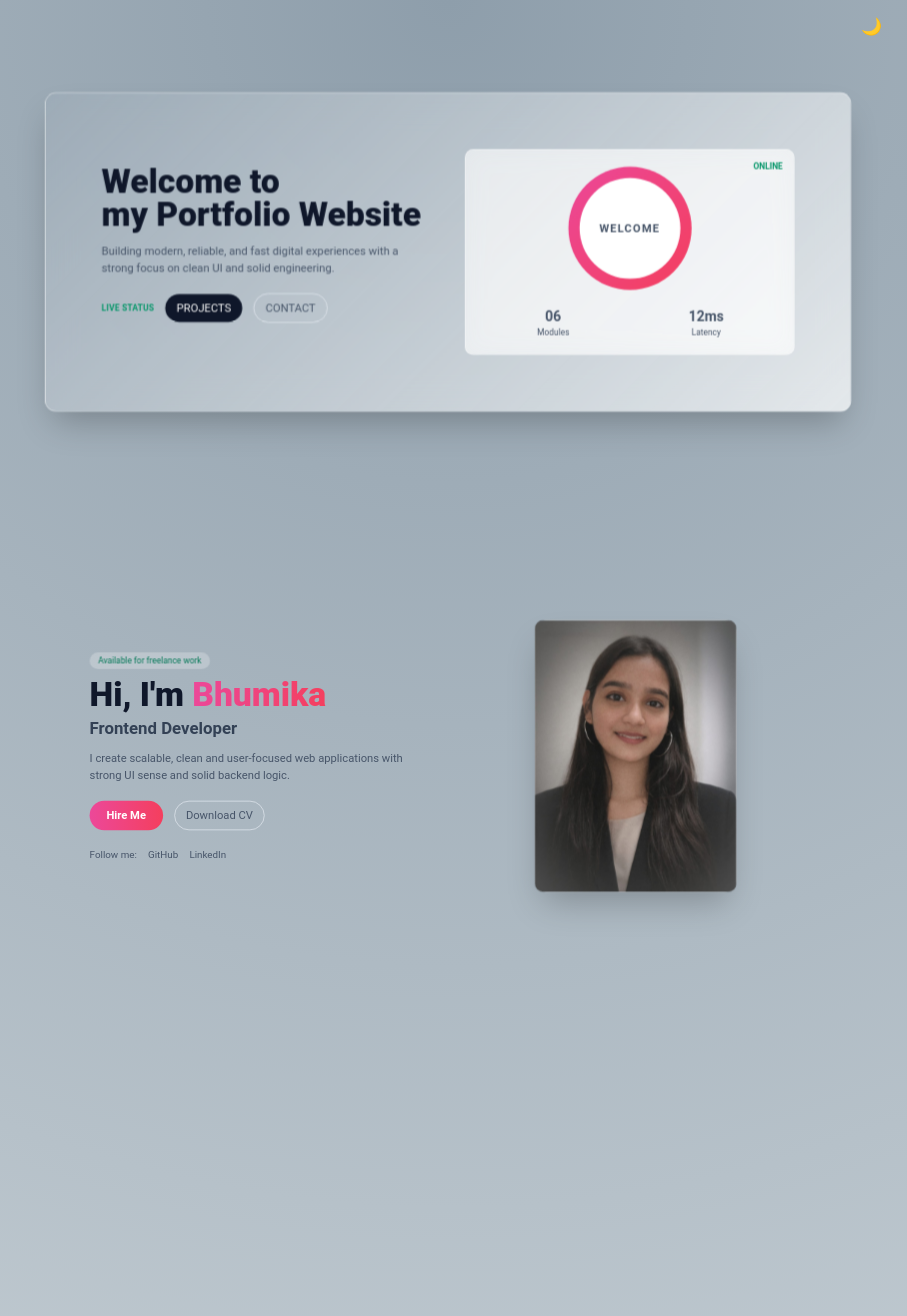
Repository: bhumikamourya/portfolio
Page: /
An editor plug-in stored every save of this project. The page is shown before and after the next save, followed by the edit.
The browser window is 1280 px wide. The page is 1296 px wide, then 1280 px, so the pictures cover 1296 px, including what lies to the right of the window. The pictures show the part of the page from y = 0 to 1880 px (the page is 5885 px tall), at 70% of full size.
Some web libraries are served in a nearby version. The project was rebuilt for these pictures with package versions that can differ from the ones it lists, and the page was loaded fresh each time.

Above is the page before, as saved 2026-01-31 16:01:05.

### src/styles/variables.css
:root {
  /*Background gradient (PAGE) */
  --bg-gradient-from: #8e9eab;
  --bg-gradient-to: #eef2f3;

  /*Glass / Card background (LIGHTER, SAME TONE) */
  --glass-from: rgba(158, 172, 184, 0.7);
  --glass-to: rgba(245, 247, 248, 0.8);

  /*Text colors */
  --heading-color: #0f172a;      /* slate-900 */
  --subheading-color: #334155;   /* slate-700 */
  --body-text-color: #475569;    /* slate-600 */
  --muted-text-color: #64748b;   /* slate-500 */

  /* Accent (brand highlight) */
  --accent-from: #ec4899; /* pink-500 */
  --accent-to: #f43f5e;   /* rose-500 */

  /* Status / success */
  --success-color: #059669; /* emerald-600 */

  /* Borders */
  --border-light: rgba(255, 255, 255, 0.4);

  /* Motion */
  --transition: all 0.4s ease;
}

/* Optional dark mode (future-proof, not active yet) */
.dark-mode {
  --bg-gradient-from: #1e293b;
  --bg-gradient-to: #020617;

  --glass-from: rgba(30, 41, 59, 0.7);
  --glass-to: rgba(15, 23, 42, 0.8);

  --heading-color: #f8fafc;
  --subheading-color: #e2e8f0;
  --body-text-color: #cbd5f5;
  --muted-text-color: #94a3b8;
}

### src/styles/App.css
* {
  margin: 0;
  padding: 0;
  box-sizing: border-box;
}

.reveal {
  opacity: 0;
  transform: translateY(40px);
  transition: opacity 0.8s ease, transition 0.6s ease;
}

.reveal.active {
  opacity: 1;
  transform: translateY(0);
}

/* child direction reveals */
.reveal-left,
.reveal-right {
  opacity: 0;
  transform: translateX(0);
  transition: transform 0.8s ease, opacity 0.8s ease;
}

.reveal-left {
  transform: translateX(-80px);
}
.reveal-right {
  transform: translateX(80px);
}
.reveal-left.active,
.reveal-right.active {
  opacity: 1;
  transform: translateX(0);
}


body {
  font-family: 'Roboto', sans-serif;
  background-image: radial-gradient(circle at top, var(--bg-gradient-from) 0%, var(--bg-gradient-to) 70%);
  color: var(--body-text-color);
  scroll-behavior: smooth;
  transition: var(--transition);
}

.color-buttons {
  background-image: linear-gradient(to right, var(--accent-from), var(--accent-to));
  border: none;
}

.right-card {
  background: rgba(255, 255, 255, 0.6);
  border-color: var(--border-light);
  backdrop-filter: blur(16px);
}

.app {
  min-height: 100vh;
}
.text-accent {
    background: linear-gradient(to right, var(--accent-from), var(--accent-to));
    -webkit-background-clip: text;
    -webkit-text-fill-color: transparent;
}
.card-bg {
  background-image:
    linear-gradient(135deg,
      var(--glass-from),
      var(--glass-to));
  backdrop-filter: blur(22px);
  border: 1px solid var(--border-light);
}

.skill-cards{
  background-image: linear-gradient(135deg, var(--border-light), var(--border-light));
  backdrop-filter: blur(72px);
  border: 1px solid var(--border-light);
}

.heading{
  color: var(--heading-color);
}
.subheading{
  color: var(--subheading-color);
}
.tags{
  background: rgba(255,255,255,0.25);
  color: var(--subheading-color);
}
ul{
    color: var(--muted-text-color);
}

/* .btn {
  padding: 10px 20px;
  border: none;
  border-radius: 5px;
  cursor: pointer;
  transition: var(--transition);
}

.btn.primary {
  background-color: var(--primary-color);
}

.btn.secondary {
  background-color: var(--bg-gradient-to);
}

.btn:hover {
  transform: scale(1.05);
} */
.theme-toggle {
  position: fixed;
  top: 20px;
  right: 20px;
  z-index: 1000;
  background: none;
  border: none;
  font-size: 1.5rem;
  cursor: pointer;
}

/* Mobile-first responsive */
@media (max-width: 768px) {
  .container {
    padding: 0 10px;
  }
  .reveal-left,
  .reveal-right {
    transform: translateY(40px);
  }

  .reveal-left.active,
  .reveal-right.active {
    transform: translateY(0);
  }
}

### src/contexts/ThemeContext.js
import React, { createContext, useState, useEffect } from 'react';

export const ThemeContext = createContext();

export const ThemeProvider = ({ children }) => {
  const [isDarkMode, setIsDarkMode] = useState(false);

  useEffect(() => {
    const savedTheme = localStorage.getItem('theme');
    if (savedTheme === 'dark') {
      setIsDarkMode(true);
      document.body.classList.add('dark-mode');
    }
  }, []);

  const toggleTheme = () => {
    setIsDarkMode(!isDarkMode);
    if (!isDarkMode) {
      document.body.classList.add('dark-mode');
      localStorage.setItem('theme', 'dark');
    } else {
      document.body.classList.remove('dark-mode');
      localStorage.setItem('theme', 'light');
    }
  };

  return (
    <ThemeContext.Provider value={{ isDarkMode, toggleTheme }}>
      {children}
    </ThemeContext.Provider>
  );
};

### src/components/ThemeToggle.js
import React, { useContext } from 'react';
import { ThemeContext } from '../contexts/ThemeContext';

const ThemeToggle = () => {
  const { isDarkMode, toggleTheme } = useContext(ThemeContext);

  return (
    <button className="theme-toggle" onClick={toggleTheme} >
      {isDarkMode ? '☀️' : '🌙'}
    </button>
  );
};

export default ThemeToggle;

### src/components/Welcome.jsx
import React from "react";


const Welcome = () => {
    const scrollToSection = (id) => {
        document.getElementById(id).scrollIntoView({ behavior: "smooth" });
    };
    return (
        <section
            className="min-h-screen flex items-center justify-center px-6"
        >
            <div
                className="relative w-full max-w-6xl rounded-2xl shadow-2xl p-20 card-bg"
            >
                <div className="grid md:grid-cols-2 gap-12 items-center">

                    <div>

                        <h1
                            className="text-4xl md:text-5xl font-extrabold leading-tight mb-4 heading">
                            Welcome to <br /> my Portfolio Website
                        </h1>
                        <p
                            className="max-w-md mb-6">
                            Building modern, reliable, and fast digital experiences with a
                            strong focus on clean UI and solid engineering.
                        </p>
                        <div className="flex items-center gap-4 mb-6">
                            <span className="text-xs font-semibold text-emerald-600 tracking-wide">LIVE STATUS</span>
                            <button
                                onClick={() => scrollToSection("projects")}
                                className="px-4 py-2 rounded-full bg-slate-900 text-white hover:bg-slate-800 transition"
                            >
                                PROJECTS
                            </button>
                            <button
                                onClick={() => scrollToSection("contact")}
                                className="px-4 py-2 rounded-full border border-slate-200 hover:bg-slate-100 transition"
                            >
                                CONTACT
                            </button>
                        </div>

                        {/* <button

                            className="px-8 py-3 rounded-full text-white font-semibold transition hover:scale-105 color-buttons"
                        >
                        Portfolio →
                        </button> */}
                    </div>

                    {/* RIGHT SYSTEM CARD */}
                    <div
                        className="relative rounded-xl p-6 border right-card"
                    >
                        <span
                            className="absolute top-4 right-4 text-xs font-semibold text-emerald-600"
                        >
                            ONLINE
                        </span>

                        <div className="flex items-center justify-center mb-6">
                            <div
                                className="relative w-44 h-44 rounded-full flex items-center justify-center "
                                style={{
                                    background:
                                        "linear-gradient(to bottom right, var(--accent-from), var(--accent-to))",
                                }}
                            >
                                <div className="absolute inset-4 rounded-full bg-white flex items-center justify-center text-s tracking-widest font-bold text-slate-600">
                                    WELCOME
                                </div>
                            </div>
                        </div>

                        <div className="grid grid-cols-2 gap-4 text-center">
                            <div>
                                <p className="text-xl font-bold">06</p>
                                <p className="text-xs text-slate-600">Modules</p>
                            </div>
                            <div>
                                <p className="text-xl font-bold">12ms</p>
                                <p className="text-xs text-slate-600">Latency</p>
                            </div>
                        </div>
                    </div>

                </div>
            </div>
        </section>
    );
};

export default Welcome;

### src/components/Hero.js
import React from "react";
const Hero = () => {
  return (
    <section
      id="hero"
      className=" reveal min-h-screen flex items-center justify-center px-6"
    >
      <div
        className="relative w-full max-w-6xl rounded-3xl p-16"
      >
        <div className="grid md:grid-cols-2 gap-12 items-center">

          {/* LEFT CONTENT */}
          <div>
            <span
              className="inline-block mb-3 text-xs px-3 py-1 rounded-full font-semibolds text-emerald-700 right-card tags"
            >
              Available for freelance work
            </span>

            <h1
              className="text-4xl md:text-5xl font-extrabold leading-tight mb-2 heading"
            >
              Hi, I'm{" "}
              <span className="text-accent"
              >
                Bhumika
              </span>
            </h1>
            <h2
              className="text-xl md:text-2xl font-semibold mb-4 subheading"
            >
              Frontend Developer
            </h2>

            <p
              className="max-w-md mb-6"
            >
              I create scalable, clean and user-focused web applications with
              strong UI sense and solid backend logic.
            </p>

            <div className="flex gap-4 mb-6">
              <button
                className="px-6 py-2 rounded-full text-white font-semibold transition hover:scale-105 color-buttons"
              >
                Hire Me
              </button>

              <button
                className="px-4 py-2 rounded-full border border-slate-200  hover:bg-slate-100 transition ">
                Download CV
              </button>
            </div>

            <div className="flex items-center gap-4 text-sm">
              <span>Follow me:</span>
              <a href="https://github.com/bhumikamourya"
              className="cursor-pointer hover:underline cursor-pointer">GitHub</a>
              <a href="https://www.linkedin.com/in/bhumika-mourya-bb94672a4/"
              className="cursor-pointer hover:underline cursor-pointer">LinkedIn</a>
              {/* <a href="" className="cursor-pointer hover:underline cursor-pointer">Instagram</a> */}
            </div>
          </div>

          {/* RIGHT IMAGE CARD */}
          <div className="flex justify-center">
            <div
              className="relative rounded-2xl right-card shadow-2xl"
            >
              <img
                src="/assets/profile.jpeg"
                alt="Developer illustration"
                className="w-72 h-70 object-cover rounded-xl"
              />
            </div>
          </div>

        </div>
      </div>
    </section>
  );
};

export default Hero;

### src/components/About.js
import React from "react";


const About = () => {
  return (
    <section
      id="about"
      className="reveal min-h-screen flex items-center justify-center px-6"
    >
      <div
        className="relative w-full max-w-6xl rounded-3xl"
      >
        <div className="grid md:grid-cols-2 gap-14 items-center">

          {/* LEFT CONTENT */}
          <div className="reveal-left">
            <h2
              className="text-3xl md:text-4xl font-extrabold mb-6 tracking-wide heading"
            >
              ABOUT ME
            </h2>

            <p
              className="mb-4 leading-relaxed"
            >
              Hi! I'm <span className="font-semibold">Bhumika</span>, a passionate
              and creative Frontend Developer who loves building clean,
              user-focused interfaces.
            </p>

            <p
              className="mb-4 leading-relaxed"
            >
              I focus on modern web design, responsive layouts, and smooth
              interactions that balance beauty with performance.
            </p>

            <ul
              className="space-y-2 text-sm"
            >
              <li>✦ React, Tailwind CSS, JavaScript</li>
              <li>✦ UI/UX-focused development</li>
              <li>✦ Clean code & scalable structure</li>
              <li>✦ Always learning new technologies</li>
            </ul>
          </div>

          {/* RIGHT AVATAR CARD */}
          <div className=" flex justify-center reveal-right ">
            <div
              className="relative rounded-2xl right-card shadow-2xl"
            >
              <img
                src="/assets/profile.jpeg"
                alt="Avatar"
                className="w-80 h-80 object-cover rounded-xl"
              />
            </div>
          </div>


        </div>
      </div>
    </section>
  );
};

export default About;

### src/components/Skills.js
import React from 'react';

const Skills = () => {
  const skills = [
    { name: 'HTML5', icon: '/assets/html.png' },
    { name: 'CSS3', icon: '/assets/css.png' },
    { name: 'JavaScript (ES6+)', icon: '/assets/js.webp' },
    { name: 'React', icon: '/assets/react.png' },
    { name: 'Redux', icon: '/assets/redux.png' },
    { name: 'Node.js', icon: '/assets/nodejs.png' },
    { name: 'Express.js', icon: '/assets/express.png' },
    { name: 'RESTful APIs', icon: '/assets/restful-api.png' },
    { name: 'Authentication (Passport.js, JWT)', icon: '/assets/authentication.png' },
    { name: 'MongoDB', icon: '/assets/mongoDB.png' },
    { name: 'Mongoose', icon: '/assets/mongoose.png' },
    { name: 'Git', icon: '/assets/git.png' },
    { name: 'GitHub', icon: '/assets/github.png' },
    { name: 'Postman', icon: '/assets/postman.png' },
    { name: 'Thunder Client', icon: '/assets/thunderClient.png' },
    { name: 'VS Code', icon: '/assets/VS-Code.png' },
    { name: 'Chrome DevTools', icon: '/assets/chrome-dev-tool.png' },
  ];

  return (
    <section
      id="skills"
      className=" reveal min-h-screen flex items-center justify-center px-6 transition-colors duration-500"
    >
      <div
        className="relative w-full max-w-6xl rounded-3xl p-16"
      >
        <h2
          className="text-3xl md:text-4xl font-extrabold mb-10 text-center heading"
        >
          SKILLS
        </h2>

        <div className="grid grid-cols-2 sm:grid-cols-3 md:grid-cols-4 lg:grid-cols-5 gap-8">
          {skills.map((skill, index) => (
            <div
              key={index}
              className="flex flex-col items-center justify-center p-4 rounded-2xl transition-transform duration-300 hover:scale-105 skill-cards"
            >
              <img
                src={skill.icon}
                alt={skill.name}
                className="w-14 h-14 mb-2 object-contain"
              />
              <p
                className="text-sm font-semibold text-center"
              >
                {skill.name}
              </p>
            </div>
          ))}
        </div>
      </div>
    </section>
  );
};

export default Skills;

### src/utils/scrollReveal.js
export const initScrollReveal = () => {
    const elements = document.querySelectorAll(".reveal");

    const observer = new IntersectionObserver(
      (entries) => {
        entries.forEach((entry) => {
          if (entry.isIntersecting) {
            entry.target.classList.add("active");
          }
        });
      },
      { threshold: 0.15 }
    );

    elements.forEach((el) => observer.observe(el));

};

### src/components/FeaturesServices.js
import { Code, Sparkles, ShieldCheck, Rocket, Brain, Layout } from "lucide-react";

export default function FeaturesServices() {
  const features = [
    {
      icon: <Code className="w-6 h-6" />,
      title: "Full-Stack Development",
      desc: "Scalable MERN applications with clean architecture and best practices."
    },
    {
      icon: <Layout className="w-6 h-6" />,
      title: "Modern UI/UX",
      desc: "Glassmorphism, gradients, animations and responsive layouts."
    },
    {
      icon: <Brain className="w-6 h-6" />,
      title: "AI-Powered Logic",
      desc: "Smart features using AI, automation and data-driven decisions."
    },
    {
      icon: <ShieldCheck className="w-6 h-6" />,
      title: "Secure Systems",
      desc: "JWT auth, role-based access and secure backend APIs."
    },
    {
      icon: <Rocket className="w-6 h-6" />,
      title: "Performance Focused",
      desc: "Optimized queries, fast load time and scalable codebase."
    },
    {
      icon: <Sparkles className="w-6 h-6" />,
      title: "Creative Solutions",
      desc: "Not copy-paste projects — unique, tailored to real-world needs."
    }
  ];

  return (
    <section
      id="features"
      className=" reveal relative py-24 px-6 "
    >
      <div className="max-w-7xl mx-auto">
        {/* Heading */}
        <div className="text-center mb-16">
          <h2 className="text-4xl font-extrabold text-center mb-6 heading">
            OUR FEATURES & SERVICES
          </h2>
          <p className="max-w-2xl mx-auto">
            Powerful features and professional services crafted to build
            high-quality, real-world applications.
          </p>
        </div>

        {/* Cards */}
        <div className="grid grid-cols-1 sm:grid-cols-2 lg:grid-cols-3 gap-8">
          {features.map((item, idx) => (
            <div
              key={idx}
              className="group relative rounded-2xl p-8 shadow-xl  transition-all duration-300 hover:-translate-y-2 hover:shadow-2xl card-bg"
            >
              <div className="flex items-center justify-center w-12 h-12 rounded-xl bg-white/70 shadow mb-6 group-hover:scale-110 transition" >
                {item.icon}
              </div>

              <h3 className="text-xl font-semibold mb-3 heading">
                {item.title}
              </h3>
              <p className=" text-sm leading-relaxed" >
                {item.desc}
              </p>
            </div>
          ))}
        </div>
      </div>
    </section>
  );
}

### src/components/ProjectCard.js
import React from 'react';

const ProjectCard = ({ title, description, tech, github, demo, image }) => {
  return (
    <div
      className="rounded-2xl overflow-hidden shadow-xl transition-transform duration-300 hover:-translate-y-2 card-bg"
    >
      {/* IMAGE */}
      <div className="h-44 bg-black/20 flex items-center justify-center">
        <img
          src={image}
          alt={title}
          className="h-full w-full object-cover"
        />
      </div>

      {/* CONTENT */}
      <div className="p-6">
        <h3
          className="text-lg font-bold mb-2 heading">
          {title}
        </h3>

        <p
          className="text-sm mb-4 leading-relaxed"
        >
          {description}
        </p>

        {/* TECH TAGS */}
        <div className="flex flex-wrap gap-2 mb-5">
          {tech.map((item, index) => (
            <span
              key={index}
              className="text-xs px-3 py-1 rounded-full tags"
            >
              {item}
            </span>
          ))}
        </div>

        {/* LINKS */}
        <div className="flex gap-3">
          <a
            href={github}
            rel="noreferrer"
            className="px-4 py-2 text-white text-xs font-semibold rounded-full transition  color-buttons"

          >
            GitHub
          </a>

          {demo && (
            <a
              href={demo}
              target="_blank"
              rel="noreferrer"
              className="px-4 py-2 text-xs font-semibold bg-white rounded-full border transition"
            >
              Live Demo
            </a>
          )}
        </div>
      </div>
    </div>
  );
};

export default ProjectCard;

Loaded but not shown: public/index.html (common file); src/index.js (common file); src/App.js (common file); src/index.css (common file); tailwind.config.js (common file); src/components/Contact.js (118 lines, source omitted); src/components/Projects.js (107 lines, source omitted)

After the next save:
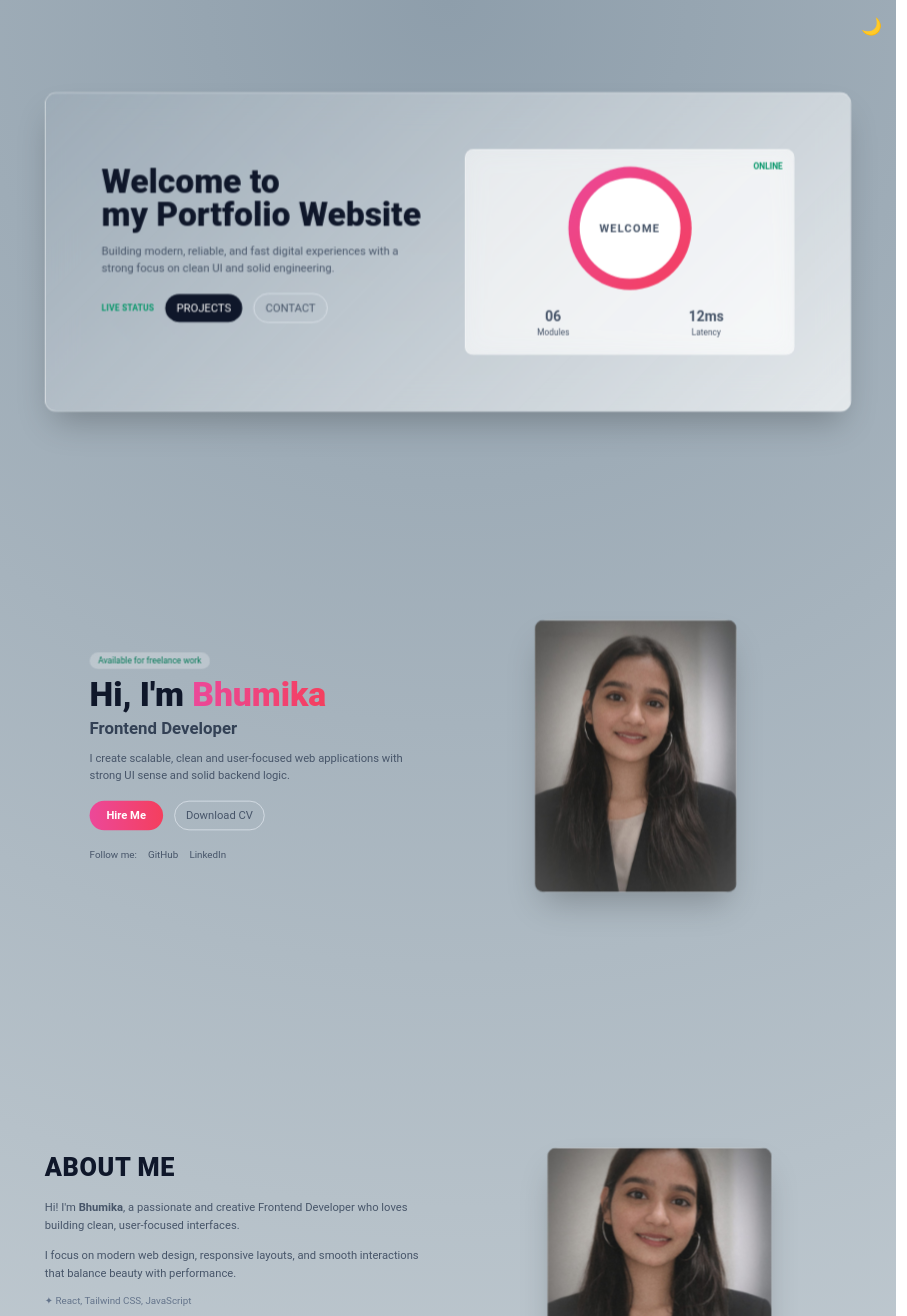
Saved 51 s later.
--- a/src/utils/scrollReveal.js
+++ b/src/utils/scrollReveal.js
@@ -1,5 +1,5 @@
 export const initScrollReveal = () => {
-    const elements = document.querySelectorAll(".reveal");
+    const elements = document.querySelectorAll(".reveal, .reveal-left, .reveal-right");
 
     const observer = new IntersectionObserver(
       (entries) => {
